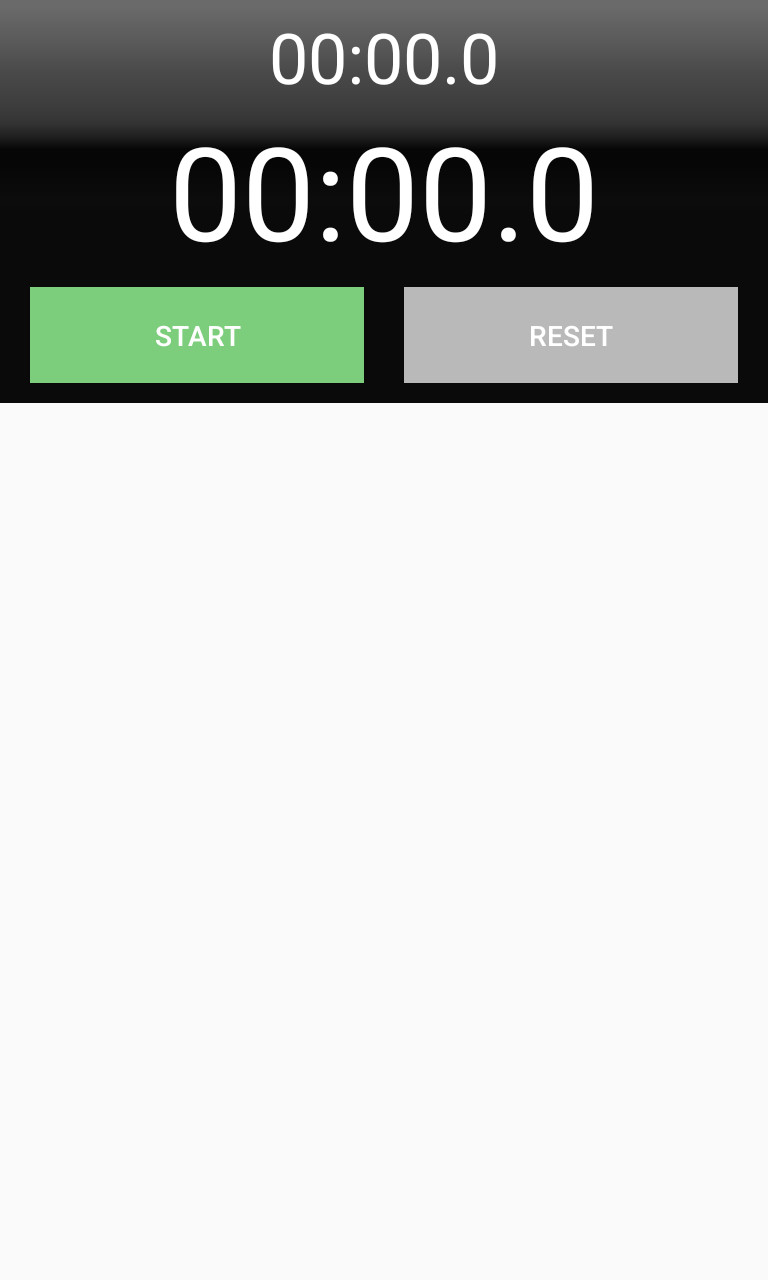
Repository: GitDidNotExitCleanly/AndroidTimer
Layout: G54MDP_Stopwatch/res/layout/fragment_stopwatch.xml
These files come from the project's save history. The layout is drawn as it stood at one moment and after the next save; the edit follows.
It is drawn on a 768 x 1280 px phone screen (xhdpi) without system bars, with theme AppTheme; the app's code is not run. Lists and similar views that code fills are empty.

Above is the layout before, as saved 2015-03-07 02:27:42.

### G54MDP_Stopwatch/res/layout/fragment_stopwatch.xml
<?xml version="1.0" encoding="utf-8"?>
<LinearLayout xmlns:android="http://schemas.android.com/apk/res/android"
    android:layout_width="match_parent"
    android:layout_height="match_parent"
    android:gravity="center_horizontal"
    android:orientation="vertical" >

        <LinearLayout
            android:layout_width="fill_parent"
            android:layout_height="wrap_content"
            android:gravity="center_horizontal"
            android:orientation="vertical"
            android:background="@drawable/background" >

	        <TextView
	            android:id="@+id/smallTime"
	            android:layout_width="wrap_content"
	            android:layout_height="wrap_content"
	            android:text="00:00.0"
	            android:textSize="@dimen/stopwatch_small_time"
	            android:textColor="#fff"
	            android:layout_marginBottom="0dp"
	            android:paddingTop="5dp" />

	        <TextView
	            android:id="@+id/largeTime"
	            android:layout_width="wrap_content"
	            android:layout_height="wrap_content"
	            android:text="00:00.0"
	            android:textSize="@dimen/stopwatch_large_time"
	            android:textColor="#fff"
	            android:paddingBottom="5dp" />

	        <LinearLayout
	            android:layout_width="match_parent"
	            android:layout_height="wrap_content"
	            android:gravity="center_horizontal"
	            android:orientation="horizontal"
	            android:layout_marginBottom="10dp" >

	            <Button
	                android:id="@+id/start_stop"
	                android:layout_width="wrap_content"
	                android:layout_height="wrap_content"
	                android:layout_weight="1"
	                android:text="Start"
	                android:textColor="#fff"
	                android:layout_marginLeft="15dp"
	                android:layout_marginRight="10dp"
	                android:background="#7CCD7C" />

	            <Button
	                android:id="@+id/reset_lap"
	                android:layout_width="wrap_content"
	                android:layout_height="wrap_content"
	                android:layout_weight="1"
	                android:text="Reset"
	                android:textColor="#fff"
	                android:layout_marginLeft="10dp"
	                android:layout_marginRight="15dp"
	                android:background="#B9B9B9" />

	        </LinearLayout>
    </LinearLayout>

    <ListView
        android:id="@+id/timeList"
        android:layout_width="fill_parent"
        android:layout_height="wrap_content"
        android:layout_gravity="center_horizontal" >

    </ListView>

</LinearLayout>

### G54MDP_Stopwatch/res/values/dimens.xml
<resources>

    <!-- Default screen margins, per the Android Design guidelines. -->
    <dimen name="activity_horizontal_margin">16dp</dimen>
    <dimen name="activity_vertical_margin">16dp</dimen>
    <dimen name="stopwatch_large_time">65dp</dimen><dimen name="stopwatch_small_time">35dp</dimen>

</resources>

Loaded but not shown: G54MDP_Stopwatch/res/values/styles.xml (common file); G54MDP_Stopwatch/res/values-v11/styles.xml (common file); G54MDP_Stopwatch/res/values-v14/styles.xml (common file)

After the next save:
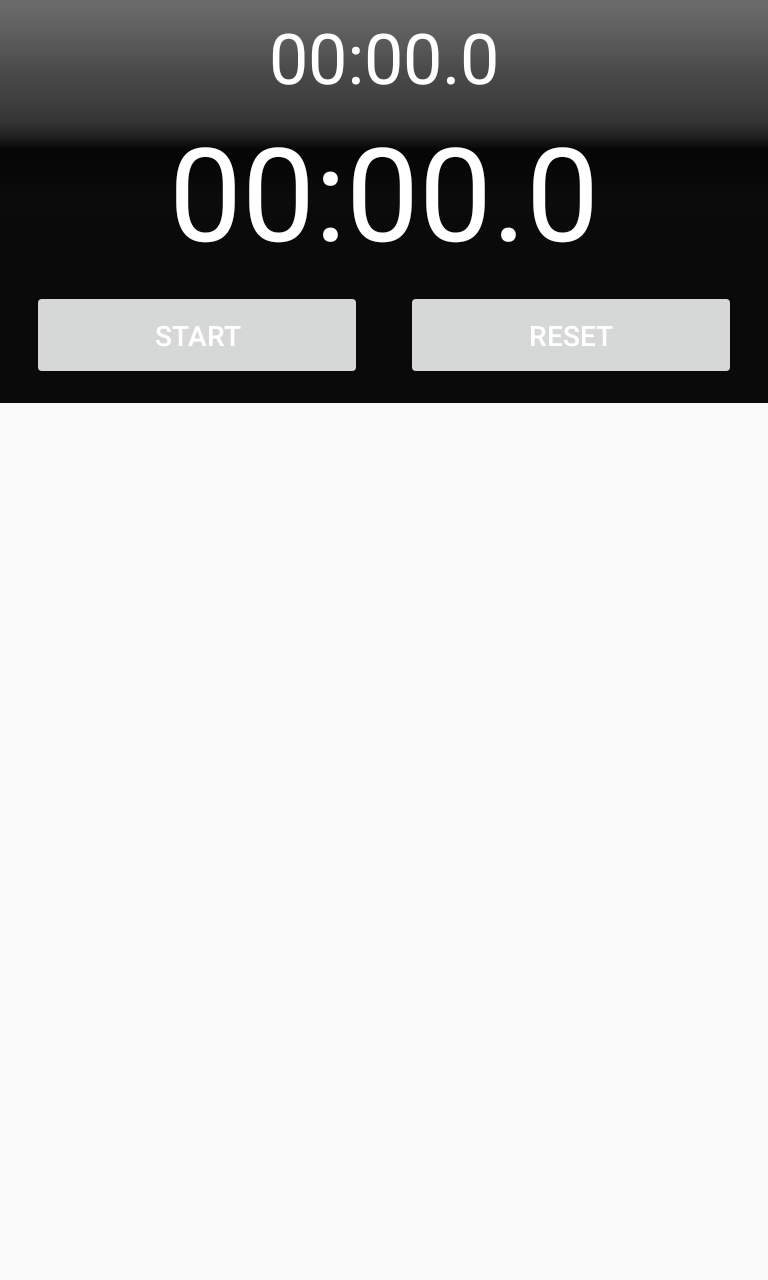
Saved 2 min 1 s later.
--- a/G54MDP_Stopwatch/res/layout/fragment_stopwatch.xml
+++ b/G54MDP_Stopwatch/res/layout/fragment_stopwatch.xml
@@ -47,7 +47,7 @@
 	                android:textColor="#fff"
 	                android:layout_marginLeft="15dp"
 	                android:layout_marginRight="10dp"
-	                android:background="#7CCD7C" />
+	                 />
 
 	            <Button
 	                android:id="@+id/reset_lap"
@@ -58,7 +58,7 @@
 	                android:textColor="#fff"
 	                android:layout_marginLeft="10dp"
 	                android:layout_marginRight="15dp"
-	                android:background="#B9B9B9" />
+	                 />
 
 	        </LinearLayout>
     </LinearLayout>
